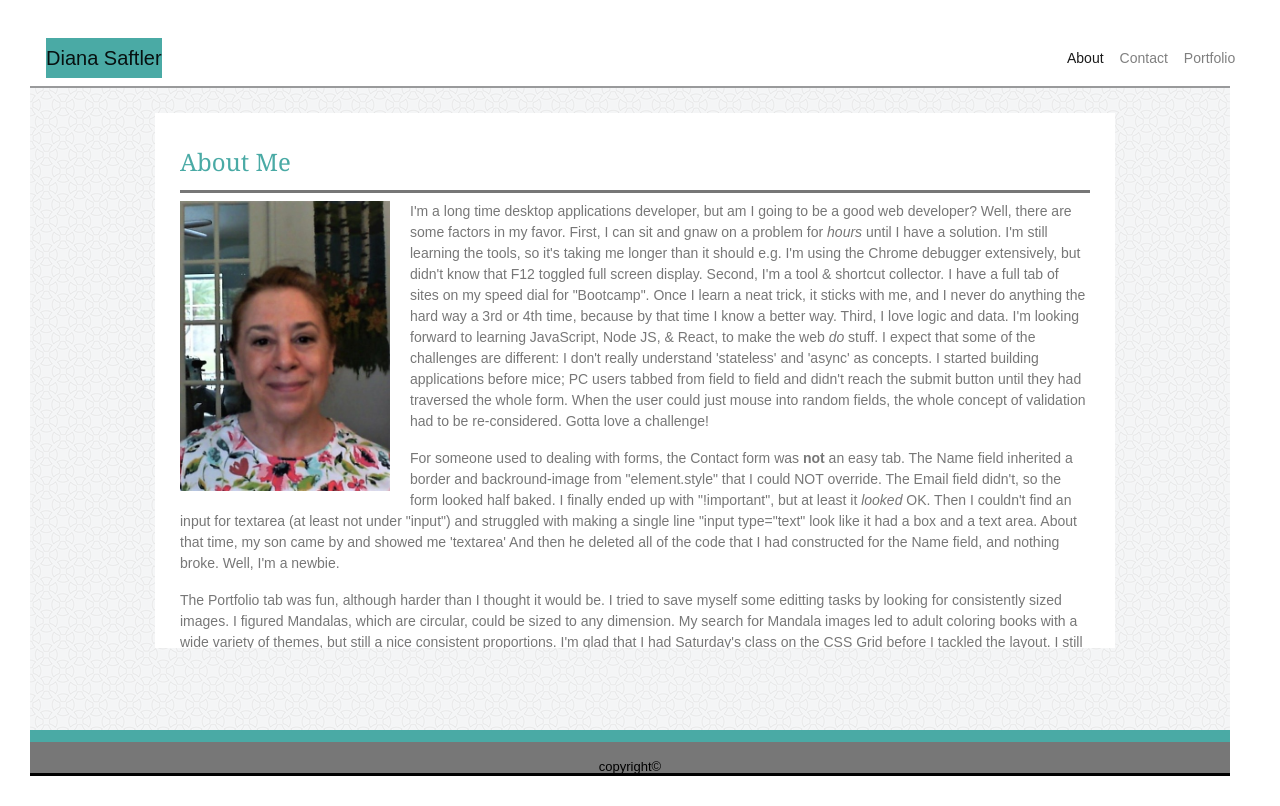
Repository: dsaftler/Bootstrap-Portfolio
Page: index.html
An editor plug-in stored every save of this project. The page is shown before and after the next save, followed by the edit.
The browser window is 1280 px wide. The pictures show the whole page.
An inner scrolling area shows only its first screen.

Above is the page before, as saved 2019-03-20 22:18:56.

### index.html
<!DOCTYPE html>
<html lang="en">
<head>
    <title>Diana Saftler Portfolio</title>
    <meta name="viewport" content="width=device-width, initial-scale=1, shrink-to-fit=no">
    <link rel="stylesheet" href="https://maxcdn.bootstrapcdn.com/bootstrap/4.0.0/css/bootstrap.min.css" integrity="sha384-Gn5384xqQ1aoWXA+058RXPxPg6fy4IWvTNh0E263XmFcJlSAwiGgFAW/dAiS6JXm" crossorigin="anonymous">
    <link rel="stylesheet" href="assets/css/style.css">
    <link rel="icon" href="assets/images/Peony.jpg" type="image/jpg" sizes="16x16">
    <meta charset="UTD-8">
</head>
<body>
    <nav class="navbar navbar-expand-lg navbar-light" >
        <a class="navbar-brand" style="background-color: #4aaaa5;" href="#"> Diana Saftler </a>
        <button class="navbar-toggler" type="button" data-toggle="collapse" data-target="#navbarSupportedContent" aria-controls="navbarSupportedContent" aria-expanded="false" aria-label="Toggle navigation">
          <span class="navbar-toggler-icon"></span>
        </button>

        <div class="collapse navbar-collapse" id="navbarSupportedContent">
          <ul class="navbar-nav ml-auto">
            <li class="nav-item active">
              <a class="nav-link"href="index.html">About<span class="sr-only">(current)</span></a>
            </li>
            <li class="nav-item">
              <a class="nav-link" href="contact.html">Contact</a>
            </li>
            <li class="nav-item">
                <a class="nav-link"  href="portfolio.html">Portfolio</a>
             </li>
          </ul>
        </div>
      </nav>
  <!-- <nav class="navbar navbar-expand-lg" style="background-color: #4aaaa5; color:rgb(181, 247, 247)">
    <a class="navbar-brand" style="color: white" href="#">Diana Saftler</a></nav>
    <div class="collapse navbar-collapse" id="navbarSupportedContent">
      <ul class="navbar-nav mr-auto">
        <li class="nav-item active"><a class="nav-link" style="color: rgb(181, 247, 247)" href="index.html">About</a></li>
        <li class="nav-item"><a class="nav-link" style="color: rgb(181, 247, 247)"  href="contact.html">Contact</a></li>
        <li class="nav-item"><a class="nav-link" style="color: rgb(181, 247, 247)"  href="portfolio.html">Portfolio</a></li>
      </ul>
    </div> -->




        <!-- <ul>
            <li><a href="index.html">About</a></li>
            <li><a href="contact.html">Contact</a></li>
            <li><a href="portfolio.html">Portfolio</a></li>
        </ul> -->

    <div class="bg-pattern">
        <div class="center-panel">
                <h2>About Me</h2>
            <img class="image_about" src="assets/images/photo.jpg" alt="in my office">
            <p>I'm a long time desktop applications developer, but am I going to be a good web developer?  Well, there are some factors in my favor.  First, I can sit and gnaw on a problem for <em>hours</em> until I have a solution.  I'm still learning the tools, so it's taking me longer than it should e.g. I'm using the Chrome debugger extensively, but didn't know that F12 toggled full screen display. Second, I'm a tool & shortcut collector.  I have a full tab of sites on my speed dial for "Bootcamp".  Once I learn a neat trick, it sticks with me, and I never do anything the hard way a 3rd or 4th time, because by that time I know a better way.  Third, I love logic and data.  I'm looking forward to learning JavaScript, Node JS, & React, to make the web <em>do</em> stuff.  I expect that some of the challenges are different: I don't really understand 'stateless' and 'async' as concepts.  I started building applications before mice;  PC users tabbed from field to field and didn't reach the submit button until they had traversed the whole form.  When the user could just mouse into random fields, the whole concept of validation had to be re-considered. Gotta love a challenge!
            </p>
            <p>For someone used to dealing with forms, the Contact form was <strong>not</strong> an easy tab. The Name field inherited a border and backround-image from "element.style" that I could NOT override. The Email field didn't, so the form looked half baked.  I finally ended up with "!important", but at least it <em>looked</em> OK.  Then I couldn't find an input for textarea (at least not under "input") and struggled with making a single line "input type="text" look like it had a box and a text area.  About that time, my son came by and showed me 'textarea'  And then he deleted all of the code that I had constructed for the Name field, and nothing broke. Well, I'm a newbie. </p>
            <p>The Portfolio tab was fun, although harder than I thought it would be.  I tried to save myself some editting tasks by looking for consistently sized images.  I figured Mandalas, which are circular, could be sized to any dimension.  My search for Mandala images led to adult coloring books with a wide variety of themes, but still a nice consistent proportions. I'm glad that I had Saturday's class on the CSS Grid before I tackled the layout.  I still had trouble getting the images to wrap left, but once I got that solved  with 2 images, it was easy to do them all without even needing rows.  I also added hover, 'tool tips', and links to the full sized images.  Print some out and spend some time with your crayolas!</p>


        </div>
    </div>
    <footer>copyright&copy</footer>
</body>
</html>

### Assets/CSS/style.css
* {
    box-sizing: border-box;
}

body {
    font-size: 14px;
    font-family: Arial, "Helvetica Neue", Helvetica, sans-serif;
    background-color: #ffffff;
    padding: 30px;
    color:  #777777;

}
header{
    left: 80px;
    background-color: #ffffff;
    height: 25px;
    width: 1200px;
}
footer {
    color: black;
    font-size: small;
    text-align: center;
    padding: 15px;
    clear: both;
    background-color: #777777;
    height: 40px;
    width: 1200px;
    border-style: solid;
    border-top-color: #4aaaa5;
    border-top-width: 6px;
    border-left-width: 0;
    border-right-width: 0;
}
p {
    padding: 0 0 10 0;
}

.bg-pattern {
    clear: both;
  /* margin-top: 40px; */
  padding: 50px;
  padding-top: 5px;
  /* background-color: #b1f3f3;  */
  height: 650px;
  width: 1200px;

  background-image: url("../images/circles-light.png");
  border-style: solid;
  border-top-color: #999a9b;
  border-top-width: 2px;
  border-left-width: 0;
  border-right-width: 0;
  border-bottom-color: #4aaaa5;
  border-bottom-width: 6px;

}

.center-panel {
    clear: both;
    display: inline-block;
    /* position: absolute; */
    top: 150px;
    right: 0;
    bottom: 0;
    left: 0;
    margin-left: 75px;
    margin-top: 20px;
    width: 960px;
    height: 535px;
    background-color: #ffffff;
    padding: 25px;
    overflow: auto;
    z-index: 1;

}

ul {
    list-style-type: none;
    margin: 0;
    padding: 0;
}

li a {
    display: block;
    width: 60 px;
}



ul {
    list-style-type: none;
    margin: 0;
    padding: 0;
    float: right;
    width: 175px;
}

li { display: inline-block; }

li a {
    color: #777777;
    text-decoration: none;
    padding: 5px;
}

li a:hover {
    background-color: #4aaaa5;
    color: white;

}
h1, h2 {font-family: Georgia, Times, "Times New Roman", serif;}
h1 {
    float: left;
    box-shadow: 10px 0px 0px 0px #4aaaa5, -10px 0px 0px 0px #4aaaa5;

    height: 65px;
    /* width: 200px; */

    top: 0;
    margin: 0;
    margin-left: 135px;

    background-color: #4aaaa5;
    color: white;
    font-size: 30px;
    text-align: center;
    padding: 10px 0;
    /* padding: 10px; */
}

h2 {
    font-size: 24px;
    margin-top: 10px;
    color: #4aaaa5;
    padding-bottom: 13px;
    border-bottom: 3px solid #777777;
}
h4 { margin: 3px}


.image_about {
    float: left;
    padding-right: 20px;
    padding-bottom: 20px;
    width: 230px;
    height: 310px;
}

input[type="text"] {
    width : 450px;
    margin: 0;
    padding: 2px;
    padding-left: 10px;
    -webkit-box-sizing: border-box; /* For legacy WebKit based browsers */
       -moz-box-sizing: border-box; /* For legacy (Firefox <29) Gecko based browsers */
            box-sizing: border-box;
}

.textbox {
    border:1px solid  #777777;
    padding: 10px;
    width: 650;
    height: 175px;
    font-size: 13.33px;
    font-family: Arial, Helvetica, sans-serif;
}
.submit {
    display: block;
    width: 60px;
    height: 29px;
    background-color: #4aaaa5;
    color: #ffffff;
    font-weight: bold;
}
.portfolio {
    max-width:100%;
    max-height: 100%
   }
.content {
    padding: 6px;
    float: left;
}

.row {
    margin: 0;
    height: 225px;
}
.row,
.row > .column {
    padding: 5 px;
}
.col {
   float:left;
    height: 225px;
     width: 25%;
     margin: 0;
}
.row:after {
    content: "";
    display: table;
    clear: both;
}
.gallery {
    border: 2px solid #4aaaa5;
    padding: 10px;
    height: 200px;
    width: 200px;
}
.gallery:hover {
    border-color: #06faee;
}
.box {
    height:150px;
    border: solid;
    border-width: 1px;

}
/* portfolio page */

.work {
    position: relative;
    float: left;
    width: 274px;
    margin: 20px 0 25px;
    overflow: auto;
  }

  .work:nth-child(even) {
    margin-right: 40px;
  }

  .work img {
    width: 100%;
    border: 0 none;
    opacity: 0.8;
  }

  .work h3 {
    position: absolute;
    bottom: 20px;
    width: 100%;
    padding: 15px;
    margin-bottom: 0;
    font-weight: 300;
    line-height: 30px;
    color: #ffffff;
    text-align: center;
    background: #4aaaa5;
    border-bottom: 0;
  }

  .auth-image {
    float: left;
    width: 200px;
    height: auto;
    margin-top: 10px;
    margin-right: 25px;
  }
  #masthead {
    position: fixed;
    z-index: 99;
    width: 100%;
    margin: 0 0 30px;
    overflow: auto;
    color: #ffffff;
    background: #ffffff;
    border-bottom: 2px solid #cccccc;
  }

  #logo {
    float: left;
    width: 250px;
    height: 90px;
    font-family: Georgia, Times, "Times New Roman", serif;
    font-size: 30px;
    font-weight: 700;
    line-height: 90px;
    color: #ffffff;
    text-align: center;
    text-decoration: none;
    background: #4aaaa5;
  }
  #main-container {
    padding-top: 130px;
    min-height: calc(100vh - 70px);
  }

  .main-section {
    float: left;
    width: 100%;
    max-width: 960px;
    padding: 30px;
    margin: 0 0 40px;
    background: #ffffff;
    border: 1px solid #dddddd;
  }

After the next save:
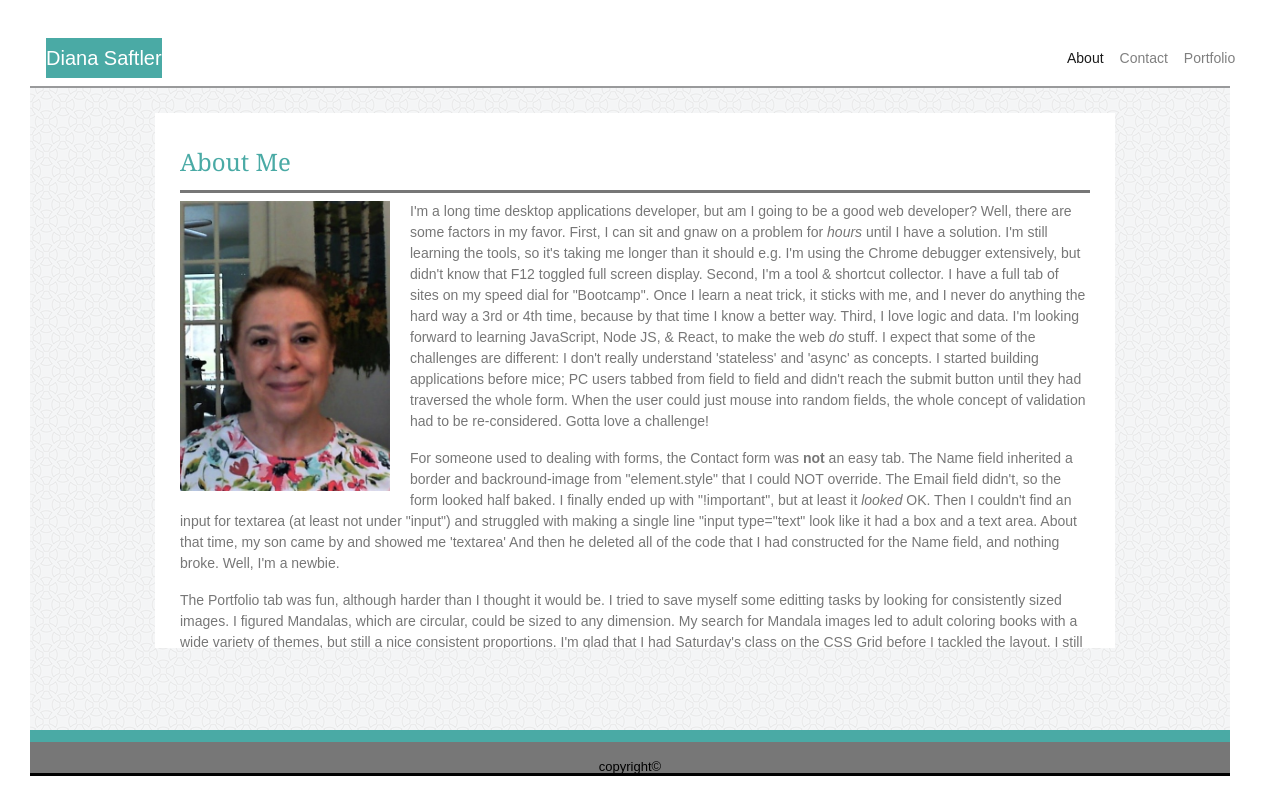
Saved 55 s later.
--- a/index.html
+++ b/index.html
@@ -10,7 +10,7 @@
 </head>
 <body>
     <nav class="navbar navbar-expand-lg navbar-light" >
-        <a class="navbar-brand" style="background-color: #4aaaa5;" href="#"> Diana Saftler </a>
+        <a class="navbar-brand" style="background-color: #4aaaa5; color: white" href="#"> Diana Saftler </a>
         <button class="navbar-toggler" type="button" data-toggle="collapse" data-target="#navbarSupportedContent" aria-controls="navbarSupportedContent" aria-expanded="false" aria-label="Toggle navigation">
           <span class="navbar-toggler-icon"></span>
         </button>
